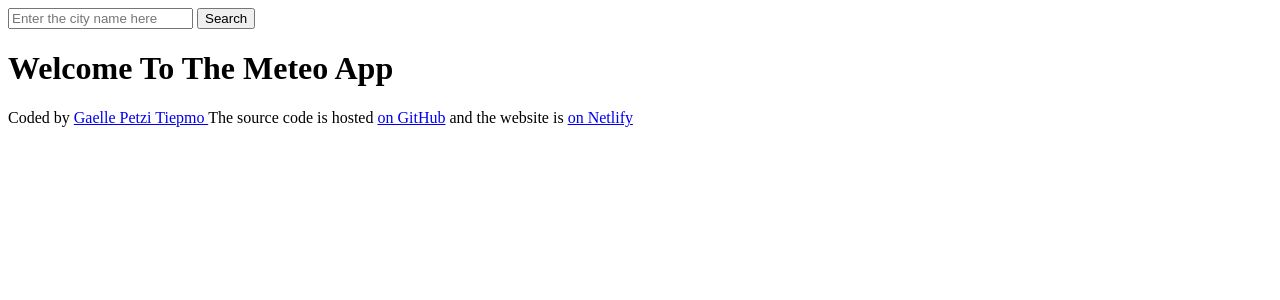
Repository: OnwardForward/meteo.by.gaelle
Page: meteo.appbygaelle.html
The author's editor kept a copy of each file at every save. The page is drawn from the files as they stood at one save, then again after a run of saves.
The browser window is 1280 px wide. The pictures show the whole page.

Above is the page before, as saved 2024-04-18 13:46:36.

### meteo.appbygaelle.html
<!DOCTYPE html>
<html lang="en">
<head>
    <meta charset="UTF-8">
    <meta name="viewport" content="width=device-width, initial-scale=1.0">
    <title>Meteo By Gaelle</title>
</head>
<body>
   <header>
    <form>
        <input type="search" placeholder="Enter the city name here" required />
        <input type="submit" value="Search" />
    </form>
   </header>



    <h1>Welcome To The Meteo App</h1>
</body>
<footer>
    Coded by <a href="https://github.com/OnwardForward" target="_blank"> Gaelle Petzi Tiepmo </a>
    The source code is hosted <a href="https://github.com/OnwardForward/meteo.by.gaelle" target="_blank">on GitHub</a>
    and the website is <a href="https://meteo-app-by-gaellept.netlify.app/" target="_blank"> on Netlify</a>
</footer>
</html>

After the next 2 saves:
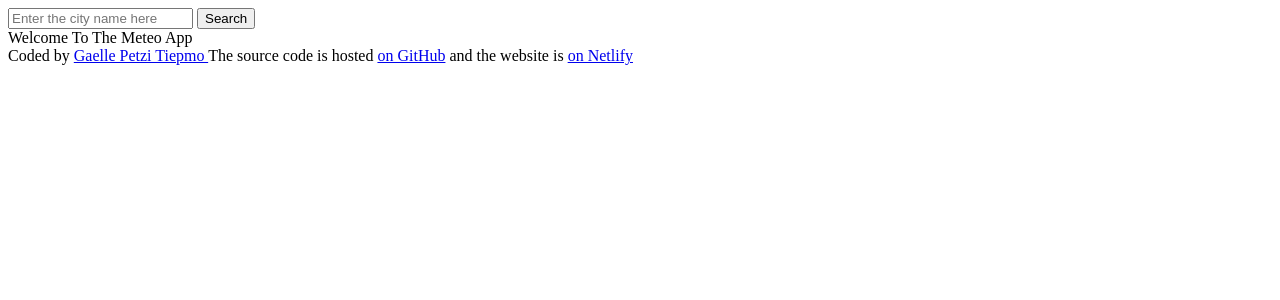
The 2 saves are shown as one change because they came seconds apart.
The last was saved 91 s later.
--- a/meteo.appbygaelle.html
+++ b/meteo.appbygaelle.html
@@ -12,6 +12,7 @@
         <input type="submit" value="Search" />
     </form>
    </header>
+   <main
 
 
 

After the 4 saves that followed:
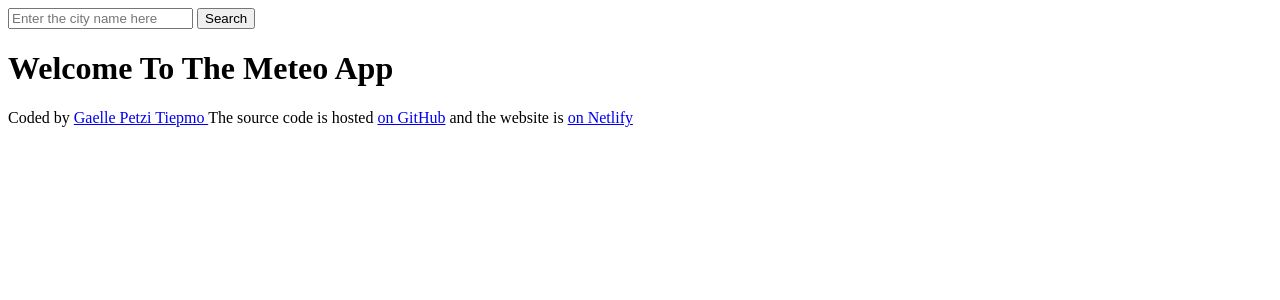
The 4 saves are shown as one change because they came seconds apart.
The last was saved 13 s later.
--- a/meteo.appbygaelle.html
+++ b/meteo.appbygaelle.html
@@ -12,7 +12,9 @@
         <input type="submit" value="Search" />
     </form>
    </header>
-   <main
+   <main>
+    <div
+   </main>
 
 
 
